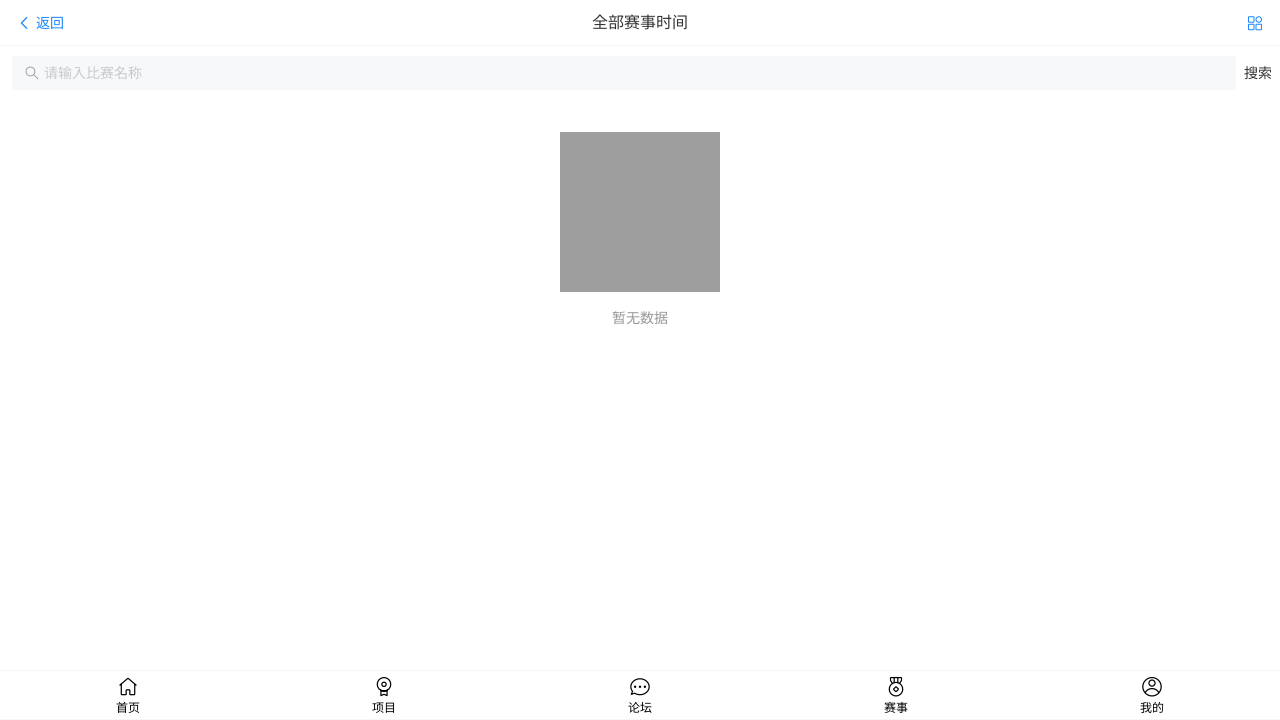
Repository: fisher002/sports
Page: /#/user/listtournaments
An editor plug-in stored every save of this project. The page is shown before and after the next save, followed by the edit.
The browser window is 1280 px wide. The pictures show the whole page.
Pictures or frames that could not be fetched are drawn as grey boxes. The project was rebuilt for these pictures with package versions that can differ from the ones it lists, and the page was loaded fresh each time. Also part of the build but not shown: src/views/index.vue, src/utils/comUtils.js, src/views/mobile-index/index.vue, src/views/mobile-index/detailcompate.vue, src/views/mobile-index/userRegister.vue, src/views/mobile-index/login.vue, src/views/mobile-index/adminRegister.vue, src/views/mobile-index/adminLogin.vue and 14 more.

Above is the page before, as saved 2020-04-26 20:09:46.

### index.html
<!DOCTYPE html>
<html>
  <head>
    <meta charset="utf-8">
    <meta name="viewport" content="width=device-width,initial-scale=1.0">
    <title>sports</title>
  </head>
  <body>
    <div id="app"></div>
    <!-- built files will be auto injected -->
  </body>
</html>

### src/main.js
// The Vue build version to load with the `import` command
// (runtime-only or standalone) has been set in webpack.base.conf with an alias.
import Vue from 'vue'
import App from './App'
import router from './router'
import Vant from 'vant';
import { Toast } from "vant";
import { Dialog } from 'vant';
import 'vant/lib/index.css';

Vue.use(Toast);
Vue.use(Dialog);
Vue.use(Vant);
Vue.config.productionTip = false

/* eslint-disable no-new */
new Vue({
  el: '#app',
  router,
  components: { App },
  template: '<App/>'
})

### src/App.vue
<template>
  <div id="app">
    <router-view v-if="isRouterAlive" />
  </div>
</template>

<script>
import { Toast } from "vant";
export default {
  name: 'App',
  provide() {
    //父组件中通过provide来提供变量，在子组件中通过inject来注入变量。
    return {
      reload: this.reload
    };
  },
  data() {
    return {
      isRouterAlive: true, //控制视图是否显示的变量
    };
  },
  methods: {
    reload() {
      this.isRouterAlive = false; //先关闭，
      this.$nextTick(function() {
        this.isRouterAlive = true; //再打开
      });
    }
  }
}
</script>

<style>
#app {
  font-family: 'Avenir', Helvetica, Arial, sans-serif;
  -webkit-font-smoothing: antialiased;
  -moz-osx-font-smoothing: grayscale;
  text-align: center;
  color: #2c3e50;
  /* margin-top: 60px; */
}
</style>

### src/router/index.js
import Vue from 'vue'
import Router from 'vue-router'
// import HelloWorld from '@/components/HelloWorld'
import defaultIndex from '@/views/index'
import mobileIndex from '@/views/mobile-index/mobileIndex'
import index from '@/views/mobile-index/index'
import detailcompate from '@/views/mobile-index/detailcompate'
import login from '@/views/mobile-index/login'
import adminlogin from '@/views/mobile-index/adminLogin'
import listmine from '@/views/mobile-mine/listmine'
import detailmine from '@/views/mobile-mine/detailmine'
import listscore from '@/views/mobile-mine/listscore'
import listmessage from '@/views/mobile-mine/listmessage'
import refereemanage from '@/views/mobile-mine/refereeManage'
import listcontestant from '@/views/mobile-mine/listcontestant'
import signupmine from '@/views/mobile-mine/signupmine'
import listitem from '@/views/mobile-item/listitem'
import detailitem from '@/views/mobile-item/detailitem'
import listcomment from '@/views/mobile-comment/listcomment'
import listtournament from '@/views/mobile-tournament/listtournament'
import listtournaments from '@/views/mobile-tournament/listtournaments'

Vue.use(Router)

export default new Router({
  routes: [
    {
      path: '/',
      name: 'index',
      component: defaultIndex,
    },
    {
      path: '/user',
      name: 'mobileIndex',
      component: mobileIndex,
      redirect: '/user/index',
      children: [
        {
          path: '/user/index',
          name: 'index',
          meta: {
            label: "首页"
          },
          component: index
        },
        {
          path: '/user/detailcompate',
          name: 'detailcompate',
          meta: {
            label: "赛事详情"
          },
          component: detailcompate
        },
        {
          path: '/user/listmine',
          name: 'listmine',
          meta: {
            label: "我的"
          },
          component: listmine
        },
        {
          path: '/user/detailmine',
          name: 'detailmine',
          meta: {
            label: "我的信息"
          },
          component: detailmine
        },
        {
          path: '/user/refereemanage',
          name: 'refereemanage',
          meta: {
            label: "我的赛事管理"
          },
          component: refereemanage
        },
        {
          path: '/user/listcontestant',
          name: 'listcontestant',
          meta: {
            label: "运动员管理"
          },
          component: listcontestant
        },
        {
          path: '/user/signupmine',
          name: 'signupmine',
          meta: {
            label: "我的报名"
          },
          component: signupmine
        },
        {
          path: '/user/listscore',
          name: 'listscore',
          meta: {
            label: "我的成绩"
          },
          component: listscore
        },
        {
          path: '/user/listmessage',
          name: 'listmessage',
          meta: {
            label: "我的消息"
          },
          component: listmessage
        },
        {
          path: '/user/listitem',
          name: 'listitem',
          meta: {
            label: "项目"
          },
          component: listitem
        },
        {
          path: '/user/detailitem',
          name: 'detailitem',
          meta: {
            label: "项目列表"
          },
          component: detailitem
        },
        {
          path: '/user/listcomment',
          name: 'listcomment',
          meta: {
            label: "论坛"
          },
          component: listcomment
        },
        {
          path: '/user/listtournament',
          name: 'listtournament',
          meta: {
            label: "赛事"
          },
          component: listtournament
        },
        {
          path: '/user/listtournaments',
          name: 'listtournaments',
          meta: {
            label: "全部赛事时间"
          },
          component: listtournaments
        },
      ]
    },
    {
      path: '/login',
      name: 'login',
      meta: {
        label: "用户登录"
      },
      component: login
    },
    {
      path: '/adminlogin',
      name: 'adminlogin',
      meta: {
        label: "管理员登录"
      },
      component: adminlogin
    },
  ]
})

### src/views/mobile-index/mobileIndex.vue
<template>
  <div>
    <div class="fixed-top">
      <top></top>
    </div>
    <div class="router-view">
      <router-view />
    </div>
    <bottom></bottom>
  </div>
</template>
<script>
import bottom from "@/components/public/bottom";
import top from "@/components/public/top";
export default {
  components: { bottom, top },
  data() {
    return {};
  }
};
</script>
<style lang="scss" scoped>
.router-view {
  width: 100%;
  padding: 46px 0;
}
.fixed-top {
  width: 100%;
  position: fixed;
  top: 0;
  z-index: 9999;
}
</style>

### src/views/mobile-tournament/listtournaments.vue
<template>
  <div class="game-list">
    <van-pull-refresh v-model="isLoading" success-text="刷新成功" @refresh="onRefresh">
      <div class="drop-menu">
        <van-search
          style="width:100%"
          show-action
          v-model="params.compateEventName"
          placeholder="请输入比赛名称"
        >
          <template #action>
            <div @click="onSearch">搜索</div>
          </template>
        </van-search>
      </div>
      <div class="data-list" v-if="data.list && data.list.length > 0">
        <div class="list-item" v-for="item in data.list" :key="item.id" @click="toDeatil(item.id)">
          <div class="item-title">{{item.compateEventName}}</div>
          <div class="item-content">
            <div class="item-top font-size14">
              <div>场地：{{item.location}}</div>
              <div v-html="formatStatus(item.status)"></div>
            </div>
            <div class="item-top font-size13 color-g">
              <div>开始时间：{{formatDate(item.startTime)}}</div>
              <div>结束时间：{{formatDate(item.endTime)}}</div>
            </div>
          </div>
        </div>
        <div class="load-btn" v-show="data.hasNextPage">
          <van-button
            class="load-btn"
            @click="toLoadMore"
            :loading="loading"
            type="info"
            loading-text="加载中..."
          >点击加载更多</van-button>
        </div>
      </div>
      <div v-else>
        <van-empty description="暂无数据" />
      </div>
    </van-pull-refresh>
  </div>
</template>
<script>
import utils from "@/utils/comUtils";
import { Toast } from "vant";
import api from "./courUrl";
export default {
  data() {
    return {
      loading: false,
      isLoading: false,
      data: "",
      pageNum: 1,
      params: {
        compateEventParentId: "",
        compateEventId: "",
        sexLimit: "",
        startTime: "",
        endTime: "",
        status: "",
        schoolId: "",
        compateEventName: "" // 关键字
      }
    };
  },
  created() {
    this.checkLogin();
  },
  methods: {
    /**检查是否登录 */
    checkLogin() {
      if (utils.checkLogin()) {
        // 获取对应比赛项目
        this.params.schoolId = sessionStorage.getItem("schoolId");
        this.getSchoolCompatePageList();
      }
    },
    /**获取比赛项目信息 */
    getSchoolCompatePageList(type) {
      let params = utils.checkParams(this.params);
      api.getSchoolCompatePageList(params, this.pageNum).then(
        res => {
          this.isLoading = false;
          if (res.data.code == 10000) {
            if (type === "0") {
              this.data.list.push(...res.data.data.list);
              return;
            }
            this.data = res.data.data;
            return;
          }
          Toast(res.data.msg);
        },
        res => {
          this.isLoading = false;
          Toast(res.data.msg);
        }
      );
    },
    /**加载更多 */
    toLoadMore() {
      this.loading = !this.loading;
      if (this.pageNum == this.data.pages) {
        return;
      }
      if (this.data.hasNextPage) {
        this.pageNum++;
        this.getSchoolCompatePageList("0");
      }
    },
    /**onSearch搜索 */
    onSearch() {
      this.pageNum = 1;
      this.getSchoolCompatePageList();
    },
    /**下拉刷新 */
    onRefresh() {
      this.pageNum = 1;
      this.getSchoolCompatePageList();
    },
    /**toDeatil */
    toDeatil(id) {
    //   this.$router.push({
    //     path: "/user/detailcompate",
    //     query: {
    //       compateId: `${id}`
    //     }
    //   });
    },
    /**状态格式化 */
    formatStatus(res) {
      return utils.formatStatus(res);
    },
    /**日期格式化 */
    formatDate(res) {
      return utils.formatDates(res);
    }
  }
};
</script>
<style lang="scss" scoped>
.font-size13 {
  font-size: 13px;
}
.font-size14 {
  font-size: 14px;
}
.font-size15 {
  font-size: 15px;
}
.color-g {
  color: #969494;
}
.game-list {
  .drop-menu {
    display: flex;
  }
  .data-list {
    display: flex;
    padding: 0 10px;
    flex-wrap: wrap;
    .list-item {
      display: flex;
      width: 100%;
      flex-wrap: wrap;
      border-radius: 5px;
      overflow: hidden;
      box-shadow: #dacbcb 0 0 10px;
      margin: 8px 0;
      .item-title {
        display: flex;
        width: 100%;
        padding: 3px 5px;
        font-size: 17px;
        font-weight: bold;
      }
      .item-content {
        display: flex;
        width: 100%;
        padding: 3px 0;
        flex-wrap: wrap;
        .item-top {
          display: flex;
          width: 100%;
          justify-content: space-between;
          padding: 4px 5px;
        }
      }
    }
    .load-btn {
      width: 100%;
      height: 20px;
      line-height: 18px !important;
    }
  }
}
</style>

### src/components/public/bottom.vue
<template>
  <div>
    <van-tabbar v-model="active" inactive-color="#000000" active-color="#000000" @change="onChange">
      <van-tabbar-item name="首页" icon="wap-home-o" replace to="/user">首页</van-tabbar-item>
      <van-tabbar-item name="项目" icon="award-o" replace to="/user/listitem">项目</van-tabbar-item>
      <van-tabbar-item name="消息" icon="chat-o" replace to="/user/listcomment">论坛</van-tabbar-item>
      <van-tabbar-item name="赛事" icon="medal-o" replace to="/user/listtournament">赛事</van-tabbar-item>
      <van-tabbar-item name="我的" icon="user-circle-o" replace to="/user/listmine">我的</van-tabbar-item>
    </van-tabbar>
  </div>
</template>
<script>
import { Toast } from "vant";
export default {
  data() {
    return {
      active: "首页"
    };
  },
  methods: {
    onChange(val) {
      // this.$emit('setTitle',val);
    }
  }
};
</script>
<style lang="scss" scoped>
</style>

### src/components/public/top.vue
<template>
  <div>
    <van-nav-bar
      :title="topTitle"
      left-text="返回"
      left-arrow
      @click-left="onClickLeft"
      @click-right="onClickRight"
    >
      <template #right>
        <van-icon name="apps-o" size="18" />
      </template>
    </van-nav-bar>
    <van-popup v-model="showBtn" position="right" :style="{ height: '100%' }">
      <div class="side-btn">
        <van-button block style="color:#1989fa">关于我们</van-button>
        <van-button v-if="isLogin == false" block style="color:#1989fa" @click="toLogin">立即登录</van-button>
        <van-button v-if="isLogin == true" block style="color:#1989fa" @click="outLogin">退出登录</van-button>
        <van-button block style="color:#1989fa" @click="showBtn = !showBtn">关闭菜单</van-button>
      </div>
    </van-popup>
  </div>
</template>
<script>
import { Toast } from "vant";
import api from "@/views/mobile-index/indexUrl";
export default {
  inject: ["reload"],
  name: "top",
  data() {
    return {
      showBtn: false,
      isLogin: false
    };
  },
  computed: {
    topTitle() { // 返回title
      return this.$route.meta.label ? this.$route.meta.label : '默认';
    }
  },
  methods: {
    onClickLeft() {
      if(sessionStorage.getItem("isLogin") == "true" && this.noBack()) {
        return;
      }
      if (this.$route.path === "/user/index") {
        this.$router.replace('/')
        return;
      }
      this.$router.go(-1);
    },
    /**路由回退检查 */
    noBack() {
      let flag = this.$route.name;
      if(flag.match(/index|listmine|listcomment|listitem|listtournament/i)) {
        return true;
      }
      return false;
    },
    onClickRight() {
      this.showBtn = !this.showBtn;
      this.checkLogin();
    },
    /**检查是否登录 */
    checkLogin() {
      if (sessionStorage.getItem("isLogin") == "true") {
        this.isLogin = true;
      }
    },
    /**登录 */
    toLogin() {
      this.showBtn = !this.showBtn;
      this.$router.replace("/login");
    },
    /**退出登录 */
    outLogin() {
      if (this.isLogin == true) {
        api.outLogin().then(res => {
          if (res.data.code == 10000) {
            this.showBtn = !this.showBtn;
            this.isLogin = false;
            sessionStorage.clear();
            if (this.$route.path !== "/user/index") {
              this.$router.replace("/user");
              this.reload();
              return;
            }
            this.reload();
          }
        });
      }
    }
  }
};
</script>
<style lang="scss" scoped>
.side-btn {
  width: 120px;
  height: 100%;
  background: #ffffff;
}
</style>

### src/views/mobile-index/indexUrl.js
import axios from 'axios'
const baseUrl = "/api"

export default {
    checkLogin(params) {
        return axios({
            method: 'post',
            url: `${baseUrl}/login`,
            data: params
        })
    },
    outLogin() {
        return axios({
            method: 'GET',
            url: `${baseUrl}/loginout`
        })
    },
    userRegister(params) {
        return axios({
            method: 'post',
            url: `${baseUrl}/studentRegistered/add`,
            data: params
        })
    },
    adminRegister(params) {
        return axios({
            method: 'post',
            url: `${baseUrl}/login`,
            data: params
        })
    },
    getSchoolList() {
        return axios({
            method: 'post',
            url: `${baseUrl}/school/list`,
            data: {}
        })
    },
    getSchoolCompateList(params) {
        return axios({
            method: 'POST',
            url: `${baseUrl}/schoolCompate/list`,
            data: params
        })
    },
    getCompateStudentList(params) {
        return axios({
            method: 'POST',
            url: `${baseUrl}/sm/compateStudent/list`,
            data: params
        })
    },
    getCompateStudentPageList(params,pageNum) {
        return axios({
            method: 'POST',
            url: `${baseUrl}/sm/compateStudent/page/${pageNum}`,
            data: params
        })
    },
    getSchoolCompatePageList(params,pageNum) {
        return axios({
            method: 'POST',
            url: `${baseUrl}/schoolCompate/page/${pageNum}`,
            data: params
        })
    },
    getCompateDetail(id) {
        return axios({
            method: 'get',
            url: `${baseUrl}/schoolCompate/${id}`
        })
    },
    toSignUp(params) {
        return axios({
            method: 'POST',
            url: `${baseUrl}/sm/compateStudent/add`,
            data: params
        })
    },
    toSignUpReferee(params) {
        return axios({
            method: 'POST',
            url: `${baseUrl}/sm/compateStudent/addReferee`,
            data: params
        })
    }
}

### src/views/mobile-tournament/courUrl.js
import axios from 'axios'
const baseUrl = "/api"

export default {
    getSchoolCompatePageList(params, pageNum) {
        return axios({
            method: 'POST',
            url: `${baseUrl}/schoolCompate/page/${pageNum}`,
            data: params
        })
    },
}

After the next save:
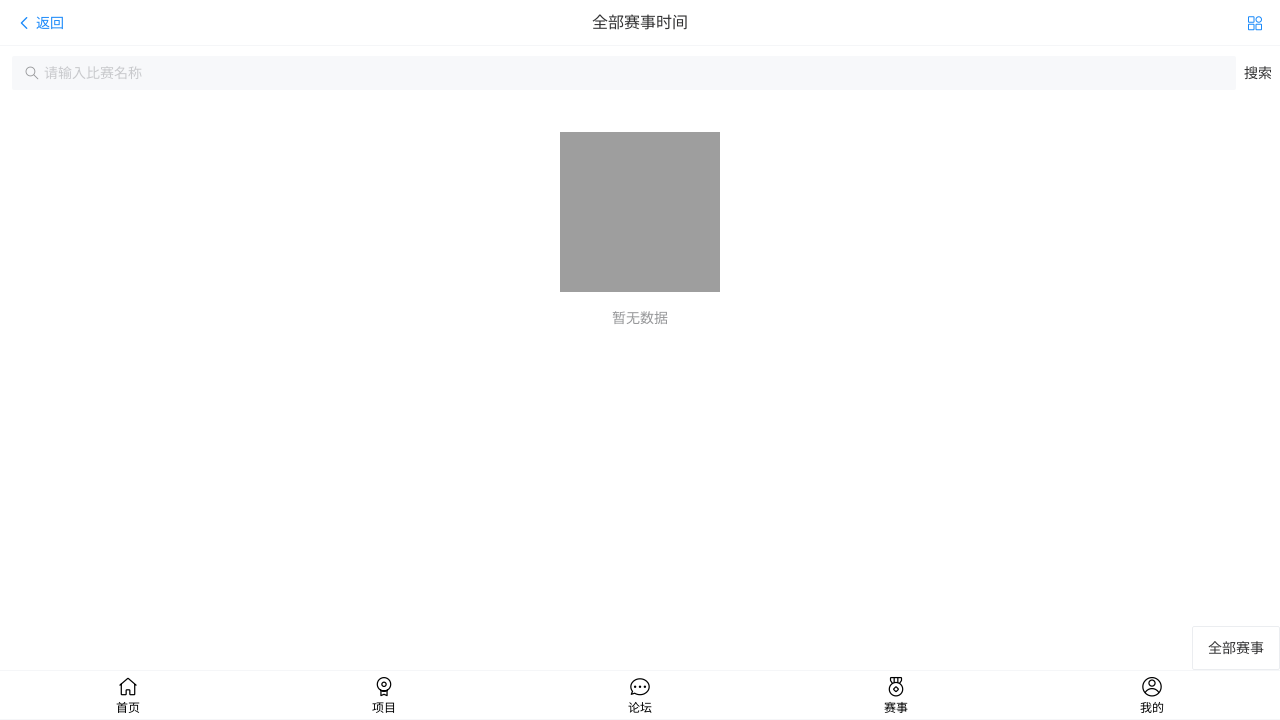
Saved 4 min 26 s later.
--- a/src/views/mobile-tournament/listtournaments.vue
+++ b/src/views/mobile-tournament/listtournaments.vue
@@ -41,6 +41,9 @@
         <van-empty description="暂无数据" />
       </div>
     </van-pull-refresh>
+    <div class="fixed bottom-right">
+      <van-button type="default">全部赛事</van-button>
+    </div>
   </div>
 </template>
 <script>
@@ -123,12 +126,12 @@
     },
     /**toDeatil */
     toDeatil(id) {
-    //   this.$router.push({
-    //     path: "/user/detailcompate",
-    //     query: {
-    //       compateId: `${id}`
-    //     }
-    //   });
+      //   this.$router.push({
+      //     path: "/user/detailcompate",
+      //     query: {
+      //       compateId: `${id}`
+      //     }
+      //   });
     },
     /**状态格式化 */
     formatStatus(res) {
@@ -142,6 +145,13 @@
 };
 </script>
 <style lang="scss" scoped>
+.fixed {
+  position: fixed;
+}
+.bottom-right {
+  bottom: 50px;
+  right: 0;
+}
 .font-size13 {
   font-size: 13px;
 }

After the save that followed:
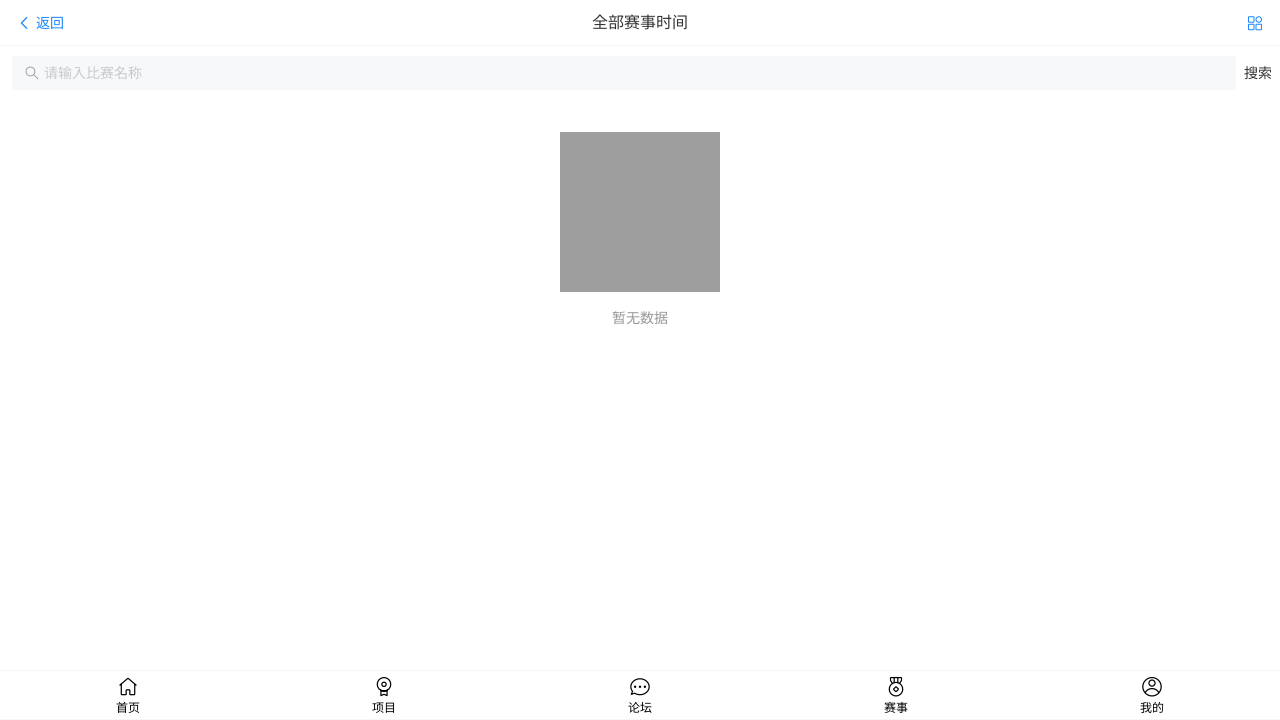
Saved 2 min 7 s later.
--- a/src/views/mobile-tournament/listtournaments.vue
+++ b/src/views/mobile-tournament/listtournaments.vue
@@ -41,9 +41,6 @@
         <van-empty description="暂无数据" />
       </div>
     </van-pull-refresh>
-    <div class="fixed bottom-right">
-      <van-button type="default">全部赛事</van-button>
-    </div>
   </div>
 </template>
 <script>
